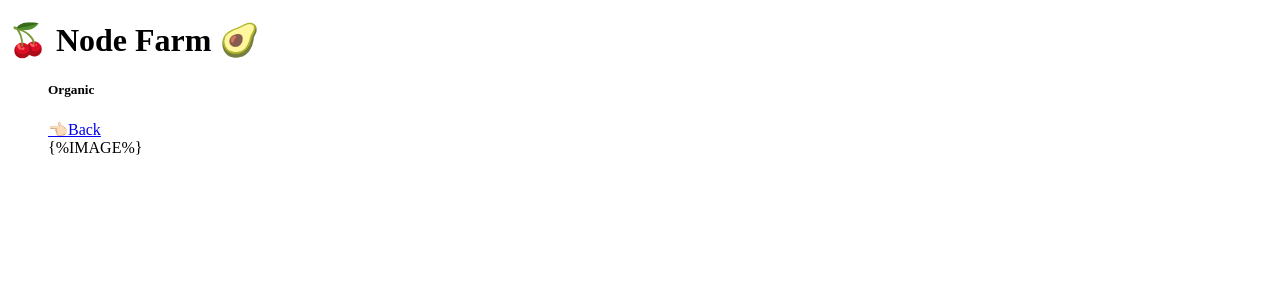
Repository: Kubraaygun/NodeFarm_Backend
Page: templates/product.html
These files come from the project's save history. The page is drawn as it stood at one moment and after the next save; the edit follows.
The browser window is 1280 px wide. The pictures show the whole page.

Above is the page before, as saved 2025-09-04 20:20:38.

### templates/product.html
<!DOCTYPE html>
<html lang="en">
  <head>
    <meta charset="UTF-8" />
    <meta name="viewport" content="width=device-width, initial-scale=1.0" />
    <title>{%PRODUCTNAME%} {%IMAGE%} /// NODE FARM</title>
  </head>
  <body>
    <div class="container">
      <h1>🍒 Node Farm 🥑</h1>
      <figure class="product">
        <div class="product__organic {%NOT_ORGANIC%}">
          <h5>Organic</h5>
        </div>
        <a href="/overview" class="product__back">
          <span class="emoji-left">👈🏻</span>Back</a
        >
        <div class="product__hero">
          <span class="product__emoji product__emoji--1">{%IMAGE%}</span>
        </div>
      </figure>
    </div>
  </body>
</html>

After the next save:
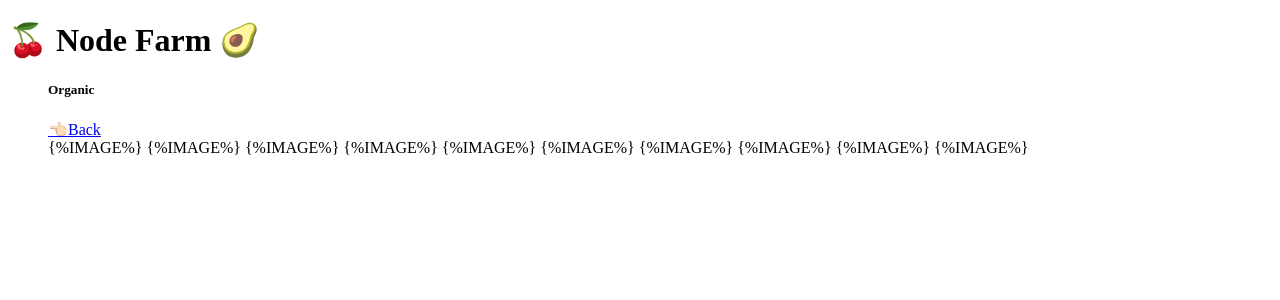
Saved 27 s later.
--- a/templates/product.html
+++ b/templates/product.html
@@ -17,6 +17,15 @@
         >
         <div class="product__hero">
           <span class="product__emoji product__emoji--1">{%IMAGE%}</span>
+          <span class="product__emoji product__emoji--2">{%IMAGE%}</span>
+          <span class="product__emoji product__emoji--3">{%IMAGE%}</span>
+          <span class="product__emoji product__emoji--4">{%IMAGE%}</span>
+          <span class="product__emoji product__emoji--5">{%IMAGE%}</span>
+          <span class="product__emoji product__emoji--6">{%IMAGE%}</span>
+          <span class="product__emoji product__emoji--7">{%IMAGE%}</span>
+          <span class="product__emoji product__emoji--8">{%IMAGE%}</span>
+          <span class="product__emoji product__emoji--9">{%IMAGE%}</span>
+          <span class="product__emoji product__emoji--10">{%IMAGE%}</span>
         </div>
       </figure>
     </div>
